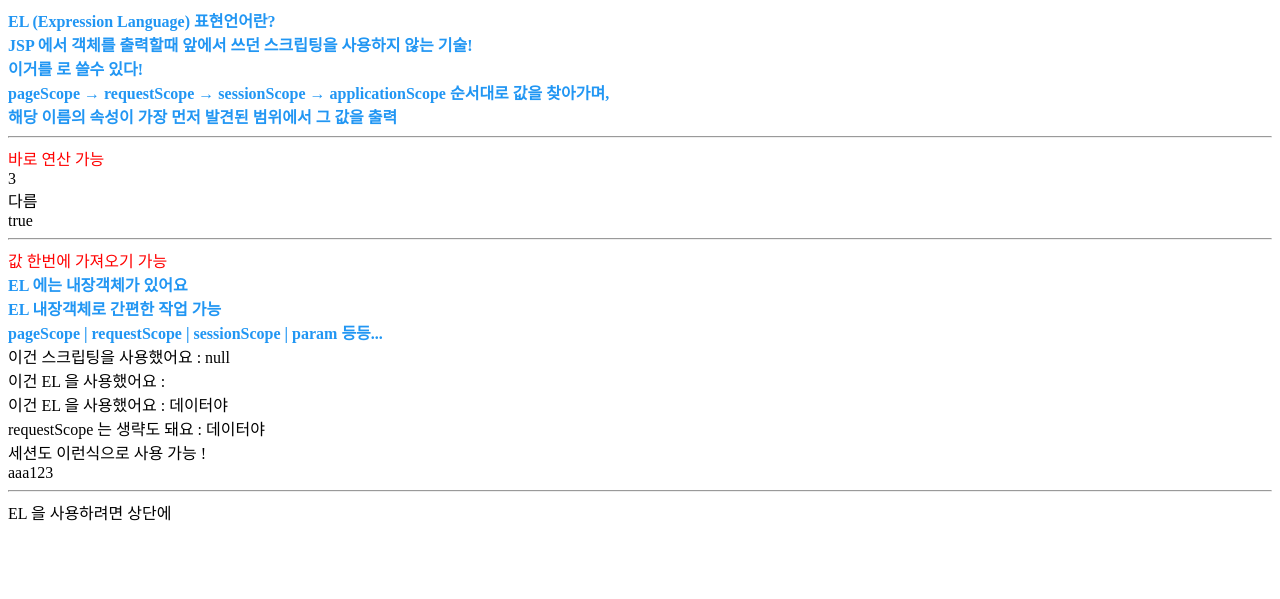
Repository: hyejux/JSP_STUDY
Page: http://localhost/JSPPractice2/JSP_ex4.jsp
The author's editor kept a copy of each file at every save. The page is drawn from the files as they stood at one save, then again after the next save.
The browser window is 1280 px wide. The pictures show the whole page.
The page is served by Tomcat 9. Other server files are loaded and not shown.

Above is the page before, as saved 2025-01-07 16:42:53.

### JSPPractice2/src/main/webapp/JSP_ex4.jsp
<%@ page language="java" contentType="text/html; charset=UTF-8"
    pageEncoding="UTF-8"%>
<%@ page import="javax.servlet.http.HttpServletRequest" %>
<%@ page import="javax.servlet.http.HttpServletResponse" %>
<!DOCTYPE html>
<html>
<head>
<meta charset="UTF-8">
<title> 표현 언어 소개   </title>
<link rel="stylesheet" type="text/css" href="css/style.css"> </link>
</head>
<body>
	<div class="info">
	<div> EL (Expression Language) 표현언어란? </div>
	<div> JSP 에서 객체를 출력할때 앞에서 쓰던 스크립팅을 사용하지 않는 기술! </div>
	<div> <%-- <% %> --%> 이거를 <%-- ${} --%> 로 쓸수 있다! </div>
	<div> pageScope → requestScope → sessionScope → applicationScope 순서대로 값을 찾아가며,</div>
	<div>해당 이름의 속성이 가장 먼저 발견된 범위에서 그 값을 출력 </div>
	</div>

	<hr/>
	<div class="point"> 바로 연산 가능 </div>
	<div>${1+2} </div>
	<div>${1 == 2 ? '같음' : '다름'} </div>
	<div>${1<2 and 2<3} </div>
	<hr/>

	<div class="point"> 값 한번에 가져오기 가능 </div>
	<div class="info"> EL 에는 내장객체가 있어요 </div>
	<div class="info"> EL 내장객체로 간편한 작업 가능 </div>
	<div class="info"> pageScope | requestScope | sessionScope | param 등등...</div>

	<%
		String idEL = request.getParameter("id");
	%>
	<div> 이건 스크립팅을 사용했어요 : <%= idEL %>  </div>
	<div> 이건 EL 을 사용했어요 : ${param.id} </div>

	<%
        request.setAttribute("hi", "데이터야");
    %>
	<div> 이건 EL 을 사용했어요 : ${requestScope.hi} </div>
	<div> requestScope 는  생략도 돼요 : ${hi} </div>



	<div> 세션도 이런식으로 사용 가능 ! </div>
	<div> <% session.setAttribute("user_id","aaa123"); %> </div>
	<div>${sessionScope.user_id}</div>


	<hr/>









	<%-- <%@ taglib uri="http://java.sun.com/jsp/jstl/core" prefix="c" %> --%>
	<div> EL 을 사용하려면 상단에 </div>


</body>
</html>

### JSPPractice2/src/main/webapp/css/style.css
.info{
	color : #2196f3;
	font-weight: bold;
}

.btn1 {
	border: 1px solid #ddd;
    color: #ffffff;
    border-radius: 10px;
    padding: 5px 10px;
    background: #03A9F4;
    margin-top: 5px;
}

.point {
	color : red;
}

After the next save:
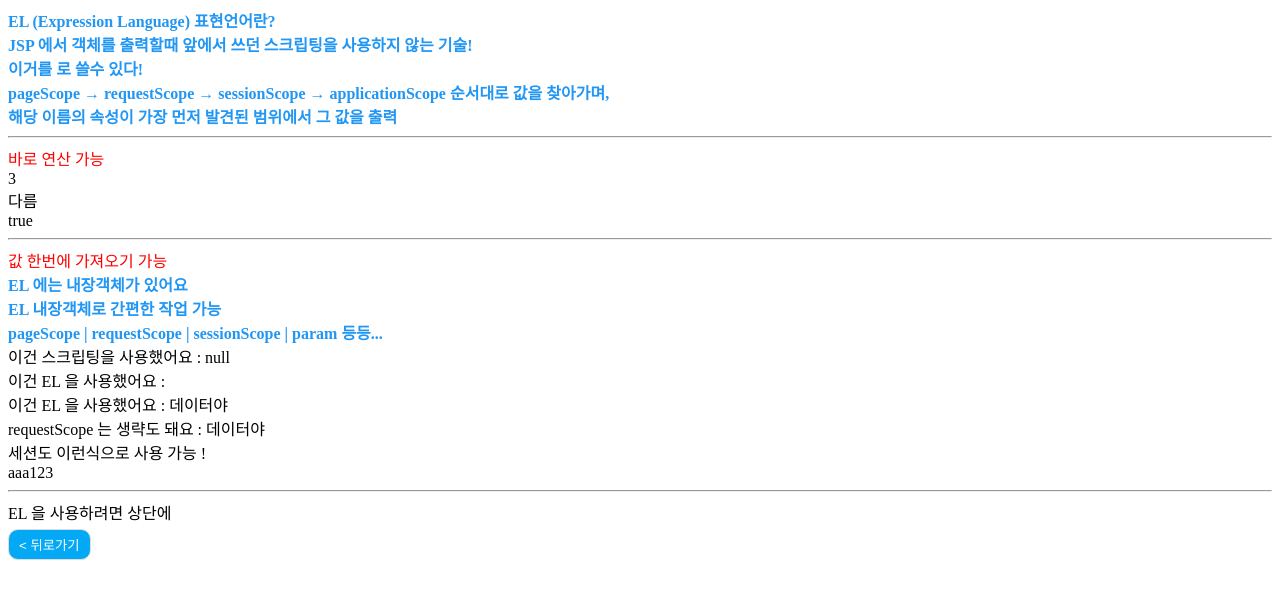
Saved 48 s later.
--- a/JSPPractice2/src/main/webapp/JSP_ex4.jsp
+++ b/JSPPractice2/src/main/webapp/JSP_ex4.jsp
@@ -61,7 +61,7 @@
 
 	<%-- <%@ taglib uri="http://java.sun.com/jsp/jstl/core" prefix="c" %> --%>
 	<div> EL 을 사용하려면 상단에 </div>
-
+<button type="button" class="btn1"  onclick = "location.href='index.jsp'"> < 뒤로가기 </button>
 
 </body>
 </html>
